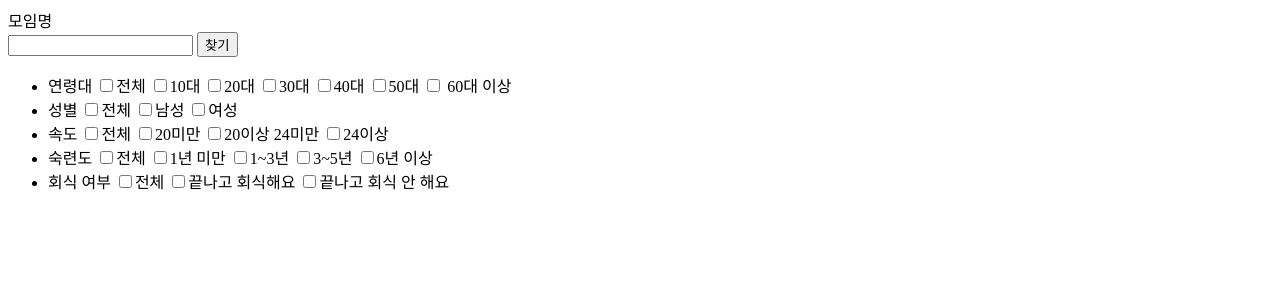
Repository: onpul/TEAM1
Page: http://localhost/Riding/mj/RidingList.jsp
These files come from the project's save history. The page is drawn as it stood at one moment and after the next save; the edit follows.
The browser window is 1280 px wide. The pictures show the whole page.
The page is served by Tomcat 9.

Above is the page before, as saved 2022-06-04 10:31:06.

After the next save:
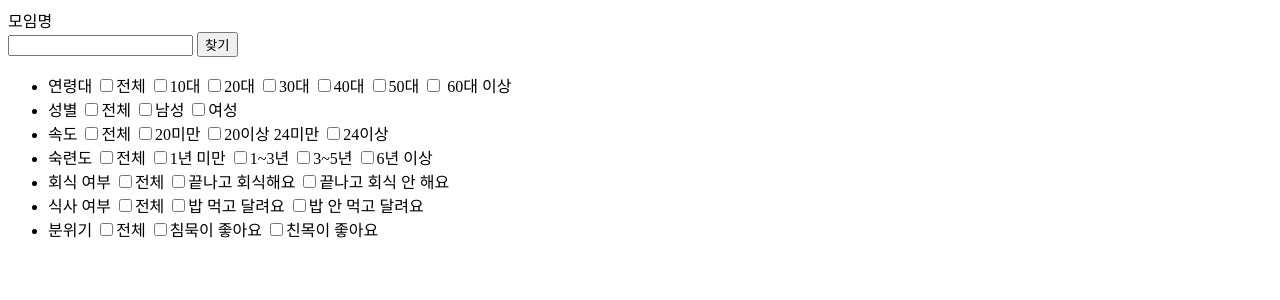
Saved 90 s later.
--- a/Riding/WebContent/mj/RidingList.jsp
+++ b/Riding/WebContent/mj/RidingList.jsp
@@ -48,7 +48,16 @@
 		<label><input type="checkbox" name="dinning" value="전체"/>전체</label>
 		<label><input type="checkbox" name="dinning" value="끝나고 회식해요"/>끝나고 회식해요</label>
 		<label><input type="checkbox" name="dinning" value="끝나고 회식 안 해요"/>끝나고 회식 안 해요</label>
-
+		</li>
+		<li> 식사 여부
+		<label><input type="checkbox" name="eat" value="전체"/>전체</label>
+		<label><input type="checkbox" name="eat" value="밥 먹고 달려요"/>밥 먹고 달려요</label>
+		<label><input type="checkbox" name="eat" value="밥 안 먹고 달려요"/>밥 안 먹고 달려요</label>
+		</li>
+		<li> 분위기
+		<label><input type="checkbox" name="mood" value="전체"/>전체</label>
+		<label><input type="checkbox" name="mood" value="침묵이 좋아요"/>침묵이 좋아요</label>
+		<label><input type="checkbox" name="mood" value="친목이 좋아요"/>친목이 좋아요</label>
 		</li>
 	</ul>
 </div>
